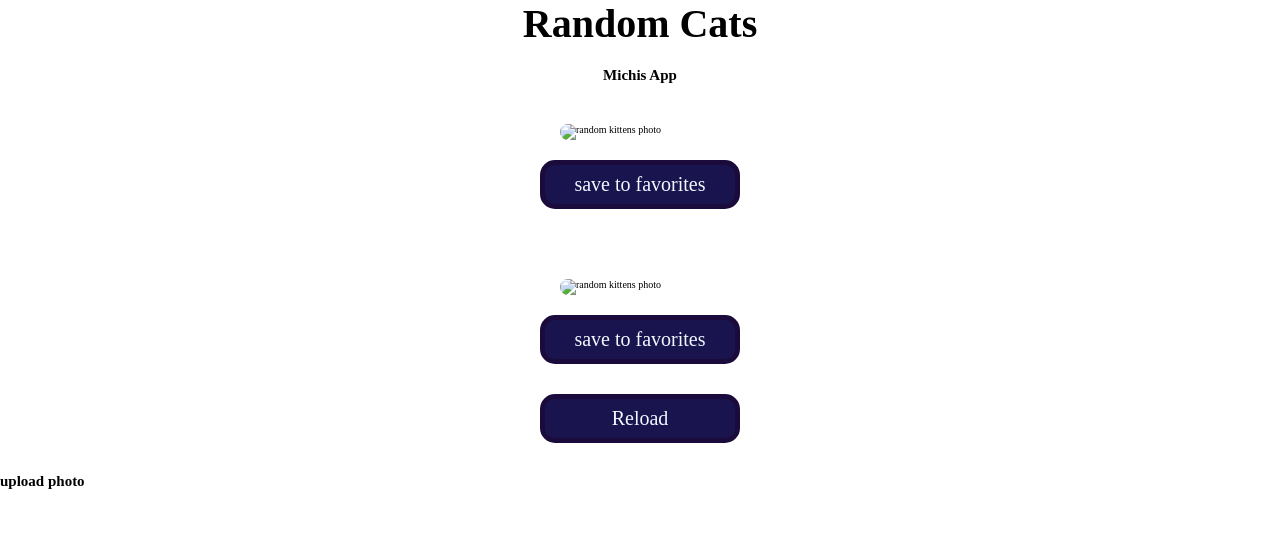
Repository: elto82/ConsumoAPIRESTjs
Page: index.html
The author's editor kept a copy of each file at every save. The page is drawn from the files as they stood at one save, then again after the next save.
The browser window is 1280 px wide. The pictures show the whole page.
The page's requests for data from a server got no answer.

Above is the page before, as saved 2022-07-03 20:21:12.

After the next save:
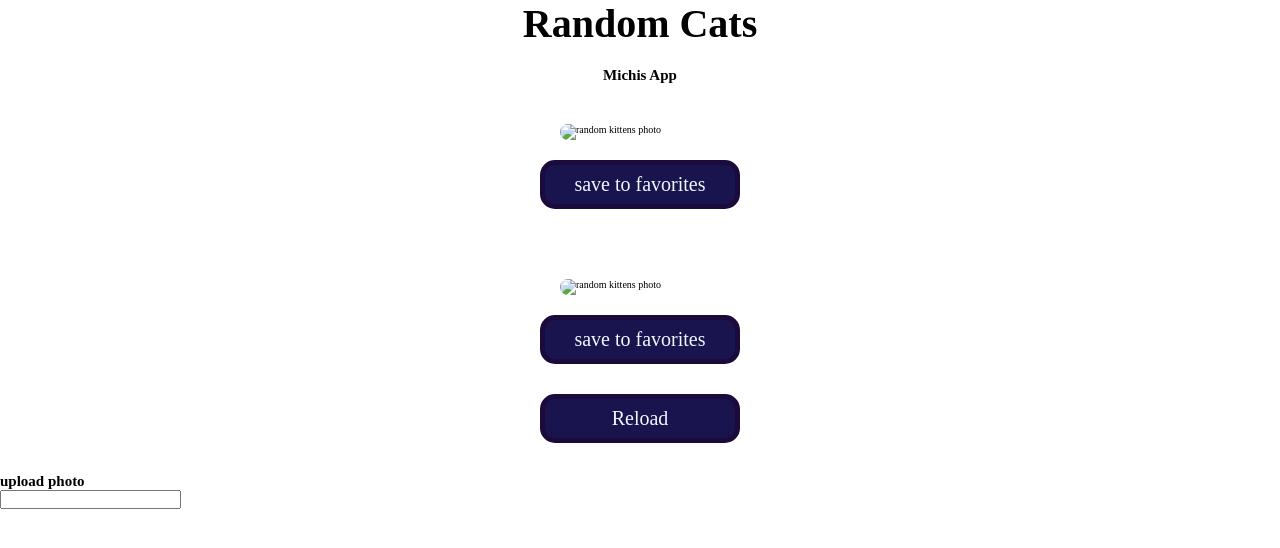
Saved 61 s later.
--- a/index.html
+++ b/index.html
@@ -41,6 +41,7 @@
   <section id="uploadingMichi">
     <h2>upload photo</h2>
     <form id="uploadingForm"></form>
+    <input id="file">
   </section>
   <script src="./main.js"></script>
 </body>
